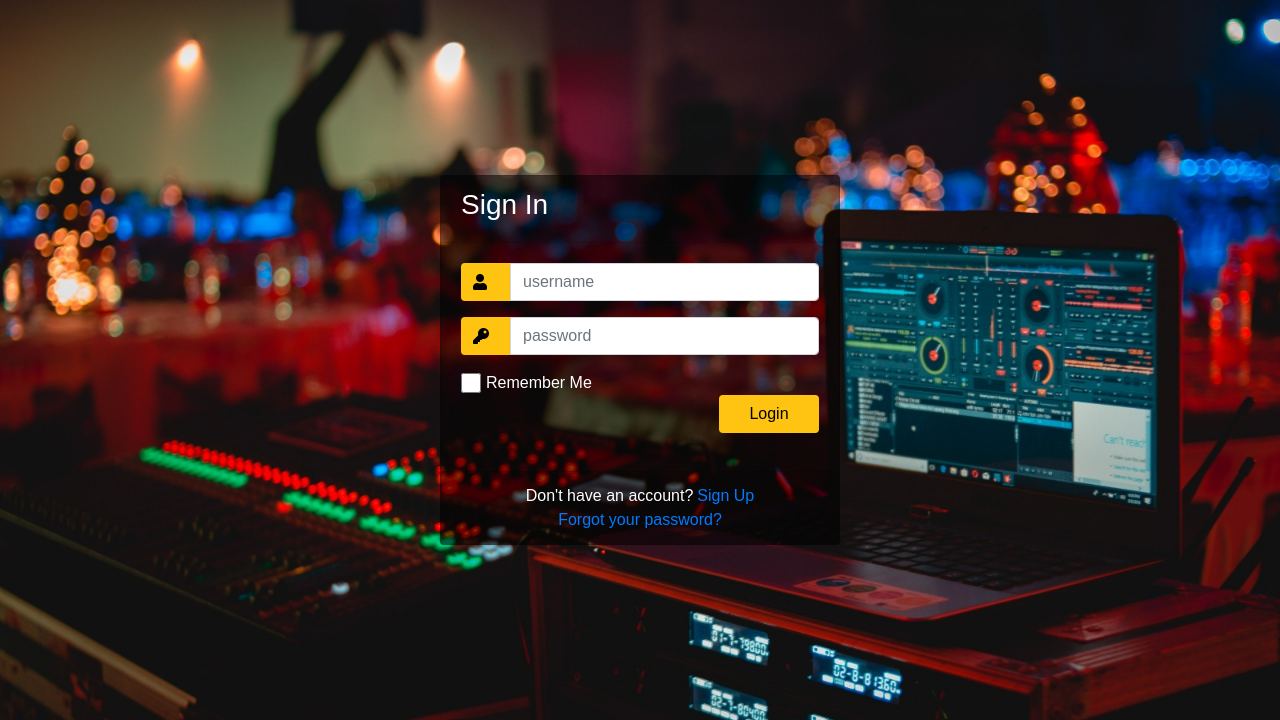
Repository: Tanvi0901/NIET-EVENT-MANAGEMENT-WEBSITE
Page: http://localhost/MiniProject/admin_login.jsp
The author's editor kept a copy of each file at every save. The page is drawn from the files as they stood at one save, then again after the next save.
The browser window is 1280 px wide. The pictures show the whole page.
Some web fonts or font styles are not loaded; a fallback is used. Some web libraries are served in a nearby version. The page is served by Tomcat 10. Other server files are loaded and not shown.

Above is the page before, as saved 2023-05-07 17:18:42.

### adv/MiniProject/src/main/webapp/admin_login.jsp
<%@ page language="java" contentType="text/html; charset=ISO-8859-1"
    pageEncoding="ISO-8859-1"%>
<!DOCTYPE html>
<html>
<head>
<meta charset="ISO-8859-1">
<title>Admin Login</title>
   <!--Made with love by Mutiullah Samim -->

	<!--Bootsrap 4 CDN-->
	<link rel="stylesheet" href="https://stackpath.bootstrapcdn.com/bootstrap/4.1.3/css/bootstrap.min.css" integrity="sha384-MCw98/SFnGE8fJT3GXwEOngsV7Zt27NXFoaoApmYm81iuXoPkFOJwJ8ERdknLPMO" crossorigin="anonymous">

    <!--Fontawesome CDN-->
	<link rel="stylesheet" href="https://use.fontawesome.com/releases/v5.3.1/css/all.css" integrity="sha384-mzrmE5qonljUremFsqc01SB46JvROS7bZs3IO2EmfFsd15uHvIt+Y8vEf7N7fWAU" crossorigin="anonymous">

	<!--Custom styles-->
	<link rel="stylesheet" type="text/css" href="student_login.css">
</head>
<body>
<div class="container">
	<div class="d-flex justify-content-center h-100">
		<div class="card">
			<div class="card-header">
				<h3>Sign In</h3>
			</div>
			<div class="card-body">
				<form action="admin_login" method="post">
					<div class="input-group form-group">
						<div class="input-group-prepend">
							<span class="input-group-text"><i class="fas fa-user"></i></span>
						</div>
						<input type="email" class="form-control" placeholder="username" name="adminemail">

					</div>
					<div class="input-group form-group">
						<div class="input-group-prepend">
							<span class="input-group-text"><i class="fas fa-key"></i></span>
						</div>
						<input type="password" class="form-control" placeholder="password" name="adminpassword">
					</div>
					<div class="row align-items-center remember">
						<input type="checkbox">Remember Me
					</div>
					<div class="form-group">
						<button type="submit" value="Login" class="btn float-right login_btn" >Login</button>


					</div>
				</form>
			</div>
			<div class="card-footer">
				<div class="d-flex justify-content-center links">
					Don't have an account?<a href="admin_signup.jsp">Sign Up</a>
				</div>
				<div class="d-flex justify-content-center">
					<a href="#">Forgot your password?</a>
				</div>
			</div>
		</div>
	</div>
</div>
</body>
</html>

### adv/MiniProject/src/main/webapp/student_login.css
@charset "ISO-8859-1";
/* Made with love by Mutiullah Samim*/

@import url('https://fonts.googleapis.com/css?family=Numans');

html,body{
background-image: url('tech.jpg');
background-size: cover;
background-repeat: no-repeat;
height: 100%;
font-family: 'Numans', sans-serif;
}

.container{
height: 100%;
align-content: center;
}

.card{
height: 370px;
margin-top: auto;
margin-bottom: auto;
width: 400px;
background-color: rgba(0,0,0,0.5) !important;
}

.social_icon span{
font-size: 60px;
margin-left: 10px;
color: #FFC312;
}

.social_icon span:hover{
color: white;
cursor: pointer;
}

.card-header h3{
color: white;
}

.social_icon{
position: absolute;
right: 20px;
top: -45px;
}

.input-group-prepend span{
width: 50px;
background-color: #FFC312;
color: black;
border:0 !important;
}

input:focus{
outline: 0 0 0 0  !important;
box-shadow: 0 0 0 0 !important;

}

.remember{
color: white;
}

.remember input
{
width: 20px;
height: 20px;
margin-left: 15px;
margin-right: 5px;
}

.login_btn{
color: black;
background-color: #FFC312;
width: 100px;
}

.login_btn:hover{
color: black;
background-color: white;
}

.links{
color: white;
}

.links a{
margin-left: 4px;
}

After the next save:
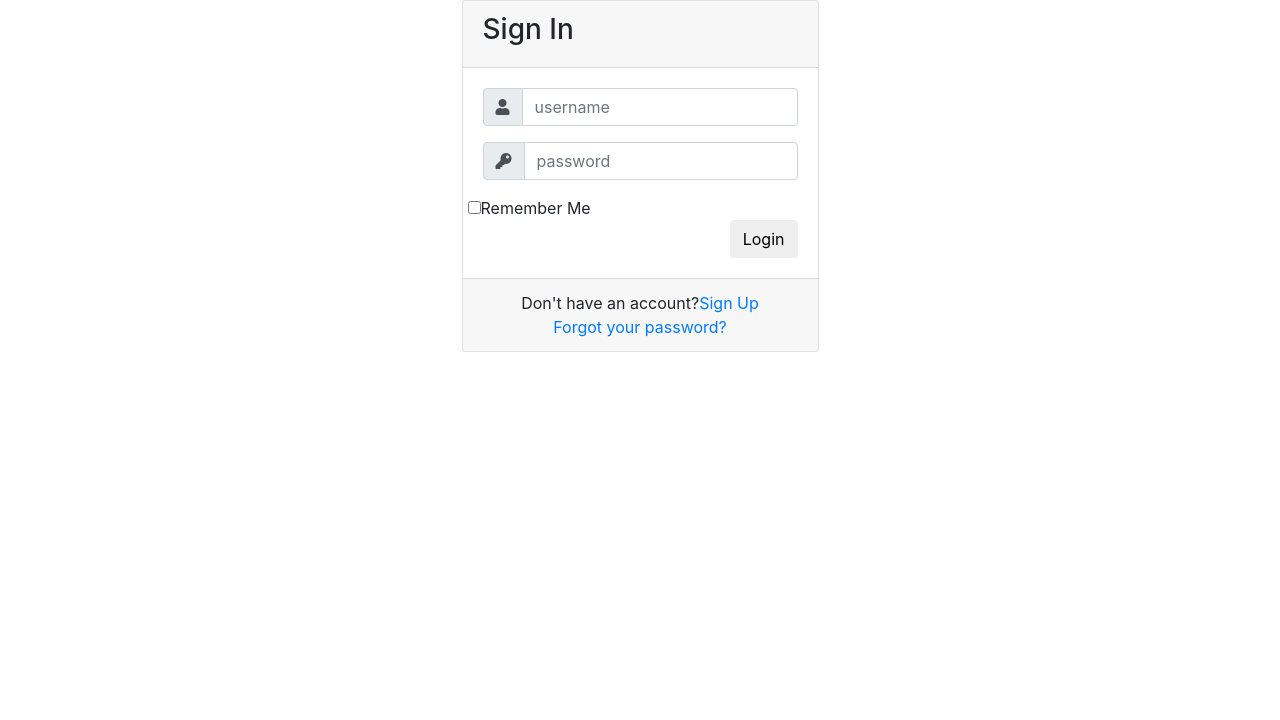
Not found: adv/MiniProject/MiniProject/admin_login.css
Saved 3 min 18 s later.
--- a/adv/MiniProject/src/main/webapp/admin_login.jsp
+++ b/adv/MiniProject/src/main/webapp/admin_login.jsp
@@ -14,7 +14,7 @@
 	<link rel="stylesheet" href="https://use.fontawesome.com/releases/v5.3.1/css/all.css" integrity="sha384-mzrmE5qonljUremFsqc01SB46JvROS7bZs3IO2EmfFsd15uHvIt+Y8vEf7N7fWAU" crossorigin="anonymous">
 
 	<!--Custom styles-->
-	<link rel="stylesheet" type="text/css" href="student_login.css">
+	<link rel="stylesheet" type="text/css" href="admin_login.css">
 </head>
 <body>
 <div class="container">

After the save that followed:
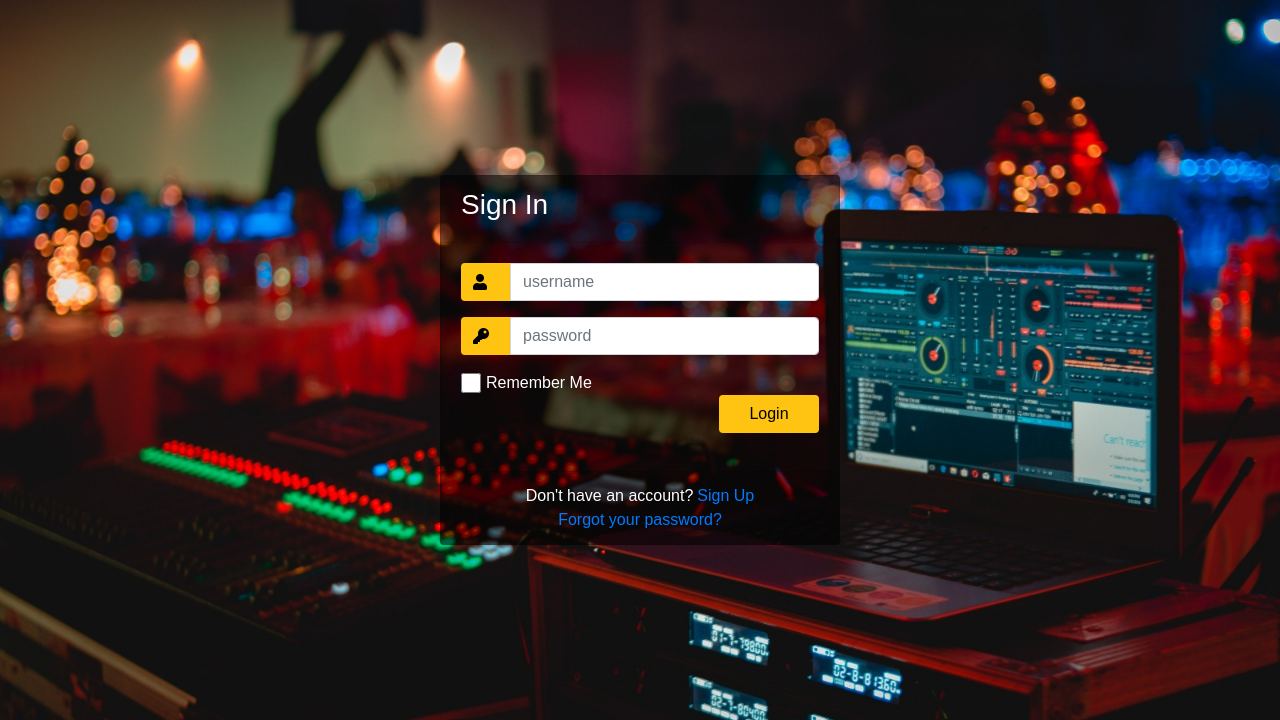
Saved 11 s later.
--- a/adv/MiniProject/src/main/webapp/admin_login.jsp
+++ b/adv/MiniProject/src/main/webapp/admin_login.jsp
@@ -14,7 +14,7 @@
 	<link rel="stylesheet" href="https://use.fontawesome.com/releases/v5.3.1/css/all.css" integrity="sha384-mzrmE5qonljUremFsqc01SB46JvROS7bZs3IO2EmfFsd15uHvIt+Y8vEf7N7fWAU" crossorigin="anonymous">
 
 	<!--Custom styles-->
-	<link rel="stylesheet" type="text/css" href="admin_login.css">
+	<link rel="stylesheet" type="text/css" href="student_login.css">
 </head>
 <body>
 <div class="container">
